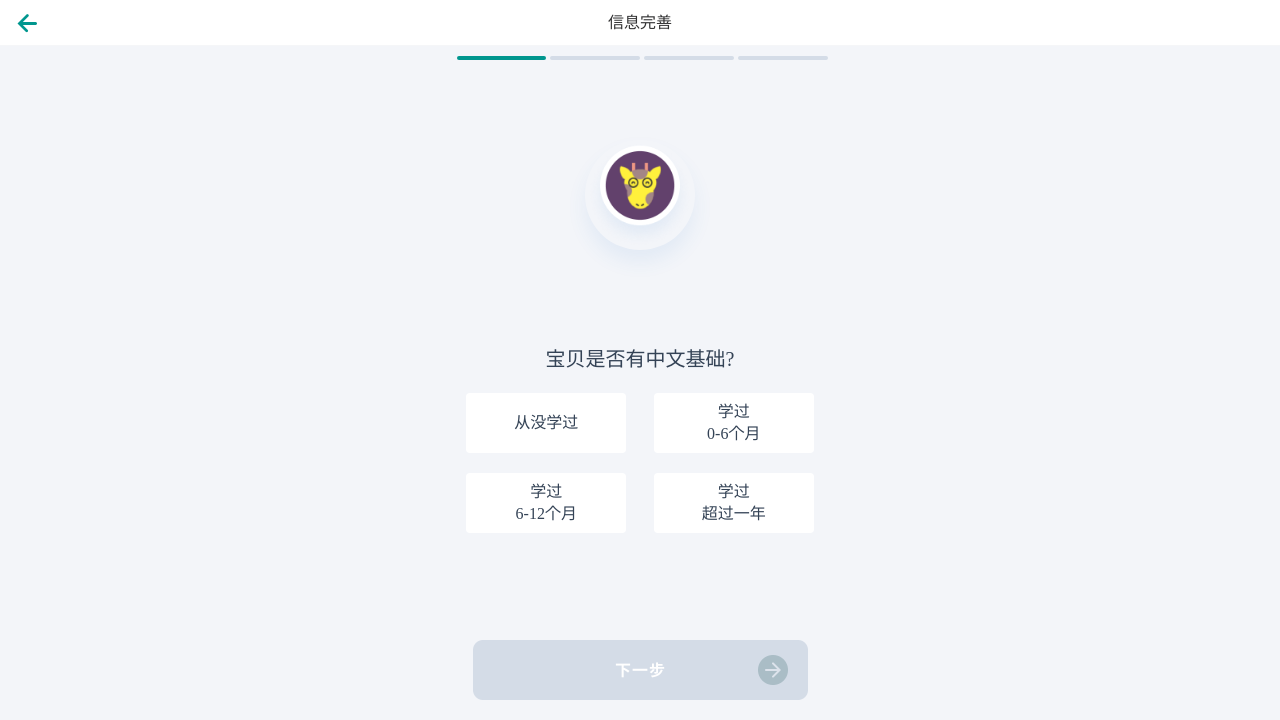
Repository: huangjf1/1
Page: /
The author's editor kept a copy of each file at every save. The page is drawn from the files as they stood at one save, then again after the next save.
The browser window is 1280 px wide. The pictures show the whole page.
The project was rebuilt for these pictures with package versions that can differ from the ones it lists, and the page was loaded fresh each time. Also part of the build but not shown: vue.config.js.

Above is the page before, as saved 2021-08-24 11:36:32.

### src/main.js
import { createApp } from 'vue'
import { NavBar, Swipe, SwipeItem, Picker, Field, Popup } from 'vant';
import App from './App.vue'
import router from './router'
import less from 'less'
import "lib-flexible/flexible.js"
import 'vant/lib/index.css';
const app = createApp(App)
app.use(router)
app.use(less)
app.use(NavBar)
app.use(Swipe)
app.use(Picker)
app.use(Field)
app.use(SwipeItem)
app.use(Popup)
app.mount('#app')

### src/App.vue
<template>
  <div id="app">
    <router-view></router-view>
  </div>
</template>

<script>
export default {
  name: 'App',
}
</script>
<style>
*{
  margin: 0;
  padding: 0;
  font-family: Montserrat,PingFang,Microsoft YaHei;
}
#app {
  width: 100%;
  height: 100%;
  position: absolute;
  left: 0;
  right: 0;
  top: 0;
  bottom: 0;
}
</style>

### src/router/index.js
import { createRouter, createWebHashHistory } from 'vue-router'
const router = createRouter({
  history: createWebHashHistory(),
  routes: [
    {
      path: '/',
      name: '/',
      redirect: '/index'
    },
    {
    path: '/index',
    name: 'index',
    component: () => import('@/views/index.vue'),
    meta: {
      index: 1
    }
  },]
})
export default router

### src/views/index.vue

<template>
  <div class="content">
    <van-nav-bar title="信息完善" left-arrow @click-left="onClickLeft">
      <template #left>
        <img class="backIcon" src="@/assets/image/back.png" alt="">
      </template>
    </van-nav-bar>
    <div class="tabs">
      <div :class="initIndex>=0?'currentTab':''"></div>
      <div :class="initIndex>=1?'currentTab':''"></div>
      <div :class="initIndex>=2?'currentTab':''"></div>
      <div :class="initIndex>=3?'currentTab':''"></div>
      <!-- <div :class="initIndex==4?'currentTab':''"></div> -->
    </div>
    <div class="my-swipe">
      <van-swipe ref="swipe"  indicator-color="transparent" :touchable="false">
        <!-- 是否有中文基础 -->
        <van-swipe-item class="pageFour">
          <div class="select-chines">
            <img class="avatar" src="@/assets/image/avatar.png">
            <p>宝贝是否有中文基础?</p>
            <div class="select-list-box">
              <div @click="selectChines!=0?selectChines=0:selectChines=null" class="select-list" :class="selectChines==0?'current-select-list':''">
                从没学过
              </div>
              <div @click="selectChines!=1?selectChines=1:selectChines=null" class="select-list" :class="selectChines==1?'current-select-list':''">
                <p>学过</p>
                <p>0-6个月</p>
              </div>
              <div @click="selectChines!=2?selectChines=2:selectChines=null" class="select-list" :class="selectChines==2?'current-select-list':''">
                <p>学过</p>
                <p>6-12个月</p>
              </div>
              <div @click="selectChines!=3?selectChines=3:selectChines=null" class="select-list" :class="selectChines==3?'current-select-list':''">
                <p>学过</p>
                <p>超过一年</p>
              </div>
            </div>
          </div>
          <div class="btn" @click="next(1)" v-show="selectChines!=null"></div>
          <div class="btn-gray" v-show="selectChines==null"></div>
        </van-swipe-item>
        <!-- 学习中文的侧重点 -->
        <van-swipe-item class="pageFour">
          <div class="select-chines">
            <img class="avatar" src="@/assets/image/avatar.png">
            <p>宝贝学习中文的侧重点? (可多选)</p>
            <div class="select-list-box">
              <div class="select-list" @click="selectList(item, index)" :class="item.check==true?'current-select-list':''" v-for="(item, index) in list" :key="index">
                {{item.text}}
              </div>
            </div>
          </div>
          <div class="btn" @click="next(2)" v-show="list.some(item => item.check === true)"></div>
          <div class="btn-gray" v-show="!list.some(item => item.check === true)"></div>
        </van-swipe-item>
        <!-- 选择出生年月 -->
        <van-swipe-item class="pageThree">
          <div class="select-age">
            <img class="avatar" src="@/assets/image/avatar.png">
            <p>宝贝哪年出生?</p>
            <van-field
              v-model="result"
              is-link
              readonly
              placeholder="请选择"
              @click="showPicker = true"
              arrow-direction='down'
              input-align='center'
              :border='false'
            />
            <div class="age-desc">我们会根据孩子不同的年龄推荐相应的体验课程</div>

          </div>
          <div class="btn" @click="next(3)" v-show="result"></div>
          <div class="btn-gray" v-show="!result"></div>
        </van-swipe-item>
        <!-- 输入昵称 -->
        <van-swipe-item class="pageOne">
          <div class="pageOneDesc">
            <img class="avatar" src="@/assets/image/avatar.png">
            <div class="nameDesc">点击输入宝贝昵称</div>
            <input @input="changeText" v-model="name" type="text" placeholder="请输入">
            <div class="message" :class="firstShow?'messageColor':''">最多14个英文字符或7个汉字</div>
          </div>
          <div class="btn btn-success" v-show="!firstShow"></div>
          <div class="btn-gray" v-show="firstShow"></div>
        </van-swipe-item>
        <!-- 选择性别 -->
        <!-- <van-swipe-item class="pageTwo">
          <div class="selectSex">
            <div class="man" @click="selectSex!=1?selectSex=1:selectSex=''">
              <img class="manImg" src="@/assets/image/man.png">
              <img class="checkImg" v-show="selectSex==1" src="@/assets/image/checked.png">
            </div>
            <div class="andText">或</div>
            <div class="woman" @click="selectSex!=2?selectSex=2:selectSex=''">
              <img class="womanImg" src="@/assets/image/woman.png">
              <img class="checkImg" v-show="selectSex==2" src="@/assets/image/checked.png">
            </div>
          </div>
          <div class="btn" @click="next(2)" v-show="selectSex!=''"></div>
          <div class="btn-gray" v-show="selectSex==''"></div>
        </van-swipe-item> -->
      </van-swipe>
    </div>
    <van-popup v-model:show="showPicker" round position="bottom">
      <van-picker
        show-toolbar
        :columns="columns"
        @cancel="showPicker = false"
        @confirm="onConfirm"
        confirm-button-text="确定"
        confirm-color='red'
      />
    </van-popup>
  </div>
</template>
<script>
import { ref, onMounted } from 'vue'
export default {
  components: {

  },
  setup () {
    let initIndex = ref(0)
    let name = ref('')
    let selectChines = ref(null)
    let swipe = ref('')
    let firstShow = ref(true)
    let selectSex = ref('')
    let date = new Date()
    let year = date.getFullYear()
    console.log(year)
    const columns = []
    for (var i = 2000;i<=year;i++){
      columns.unshift({
        text: i
      })
    }
    // 侧重点列表
    const list = ref([
      { text: '拼音', check: false },
      { text: '听力', check: false },
      { text: '阅读', check: false },
      { text: '口语', check: false}
    ])
    const result = ref('');
    const showPicker = ref(false);
    const onConfirm = (value) => {
      result.value = value.text;
      showPicker.value = false;
    };
    // 返回
    const onClickLeft = () => {
      if (initIndex.value>0){
        swipe.value.prev()
        initIndex.value -= 1
      }
    }
    const selectList = (item) => {
      item.check = !item.check
    }
    const changeText = () => {
      /*eslint-disable*/
      let len = name.value.replace(/[^\x00-\xFF]/g,'**').length
      if (len<=14 && len>0) {
        firstShow.value = false
      } else {
        firstShow.value = true
      }
    }
    const next = (index) => {
      if (initIndex.value<4){
        swipe.value.next()
        initIndex.value = index
      }
    }
    onMounted (()=>{

    })
    return {
      initIndex,
      swipe,
      firstShow,
      columns,
      result,
      showPicker,
      list,
      selectChines,
      name,
      changeText,
      selectSex,
      onClickLeft,
      onConfirm,
      selectList,
      next
    }
  }
}
</script>
<style scoped lang="less">
 .content {
   width: 100%;
   height: 100%;
   margin: 0 auto;
   display: flex;
   flex-direction: column;
   background: #f3f5f9;
   .backIcon {
     width: 24px;
     height: 24px;
   }
   .my-swipe {
      flex: 1;
      .van-swipe {
       height: 100%;
      }
      .van-swipe-item {
       color: #fff;
       font-size: 20px;
       text-align: center;
      }
      /deep/.van-swipe__indicators {
        display: none;
      }
      .pageOne {
        position: relative;
        display: flex;
        flex-direction: column;
        .pageOneDesc{
          flex: 1;
        }

        .nameDesc {
          text-align: center;
          color: #344356;
          font-size: 16px;
          font-weight: 600;
          font-family: PingFang HK;
          margin-top: 25px;
        }
        input {
          width: 335px;
          height: 16px;
          line-height: 16px;
          background: #FFFFFF;
          padding: 17px 0;
          border-radius: 10px;
          border: none;
          outline: none;
          font-size: 16px;
          text-align: center;
          margin-top: 19px;
          color: #344356;
        }
        .message {
          color: #344356;
          font-size: 14px;
          margin-top: 10px;
          &.messageColor {
            color: #FF7044;
          }
        }

      }
      .pageTwo {
        position: relative;
        display: flex;
        flex-direction: column;
        .selectSex {
          width: 140px;
          height: 340px;
          margin: 100px auto 0;
          flex: 1;
          .man,.woman {
            width: 140px;
            height: 140px;
            background: #FFFFFF;
            position: relative;
            cursor: pointer;
            .manImg{
              width: 56px;
              height: 59px;
              position: absolute;
              left: 0;
              top: 0;
              bottom: 0;
              right: 0;
              margin: auto;
            }
            .womanImg {
              width: 62px;
              height: 58px;
              position: absolute;
              left: 0;
              top: 0;
              bottom: 0;
              right: 0;
              margin: auto;
            }
            .checkImg {
              width: 22px;
              height: 22px;
              position: absolute;
              right: 5px;
              top: 5px;
            }
          }
          .andText {
            height: 60px;
            line-height: 60px;
            color: #344356;
            text-align: center;
            font-size: 16px;
          }
        }
      }
      .pageThree {
        display: flex;
        flex-direction: column;
        .select-age {
          width: 335px;
          flex: 1;
          margin: 0 auto;
          >p{
            color: #344356;
            font-size: 20px;
            margin-top: 90px;
            font-family: PingFang HK;
            font-style: normal;
            font-weight: 500;
            margin-bottom: 25px;
          }
          .age-desc {
            color: #5a6776;
            font-family: PingFang HK;
            font-style: normal;
            font-weight: normal;
            font-size: 14px;
            line-height: 20px;
            margin-top: 20px;
          }
          .van-field {
            border-radius: 5px;
          }
          /deep/ .van-popup--bottom {
            width: 375px;
            left: 0;
            right: 0;
            margin: auto;
            bottom: 0;
          }
          /deep/ .van-picker__toolbar {
            color: gray;
          }
          /deep/ .van-picker__confirm {
            color: #344356
          }
        }
      }
      .pageFour {
        width: 375px;
        margin: 0 auto;
        display: flex;
        flex-direction: column;
        .select-chines {
          flex: 1;
          width: 375px;
          margin: 0 auto;
          >p {
            font-family: PingFang HK;
            font-style: normal;
            font-weight: 500;
            font-size: 20px;
            line-height: 28px;
            color: #344356;
            margin-top: 90px;
          }
          .select-list-box {
            display: flex;
            flex-wrap: wrap;
            justify-content: space-around;
          }
          .select-list {
            width: 160px;
            height: 60px;
            display: flex;
            flex-direction: column;
            align-items: center;
            background: white;
            font-family: PingFang HK;
            font-style: normal;
            font-weight: 500;
            font-size: 16px;
            line-height: 22px;
            display: flex;
            justify-content: center;
            text-align: center;
            color: #344356;
            border-radius: 4px;
            margin-top: 20px;
            &.current-select-list {
              background: #088384;
              color: white;
            }
          }
        }
      }
      .avatar {
        width: 110px;
        height: 110px;
        border-radius: 50%;
        box-shadow: 0px 12px 19px rgba(60, 128, 209, 0.0851449);
        margin-top: 80px;
      }
      .btn {
        width: 335px;
        height: 60px;
        background: url('../assets/image/button.png') no-repeat;
        background-size: 100% 100%;
        cursor: pointer;
        margin: 0 auto 20px;
      }
      .btn-success {
        background: url('../assets/image/success.png') no-repeat;
        background-size: 100% 100%;
      }
      .btn-gray {
        width: 335px;
        height: 60px;
        background: url('../assets/image/button_gray.png') no-repeat;
        background-size: 100% 100%;
        cursor: pointer;
        margin: 0 auto 20px;
      }
   }
   .tabs {
     width: 375px;
     height: 4px;
     display: flex;
     justify-content: space-around;
     margin: 10px auto 0;
     div{
       height: 4px;
       flex: 1;
       background: #D4DCE7;
       border-radius: 26px;
       margin-left: 4px;
     }
     .currentTab {
       background: #00968E;
     }
   }
 }

</style>

Loaded but not shown: public/index.html (common file)

After the next save:
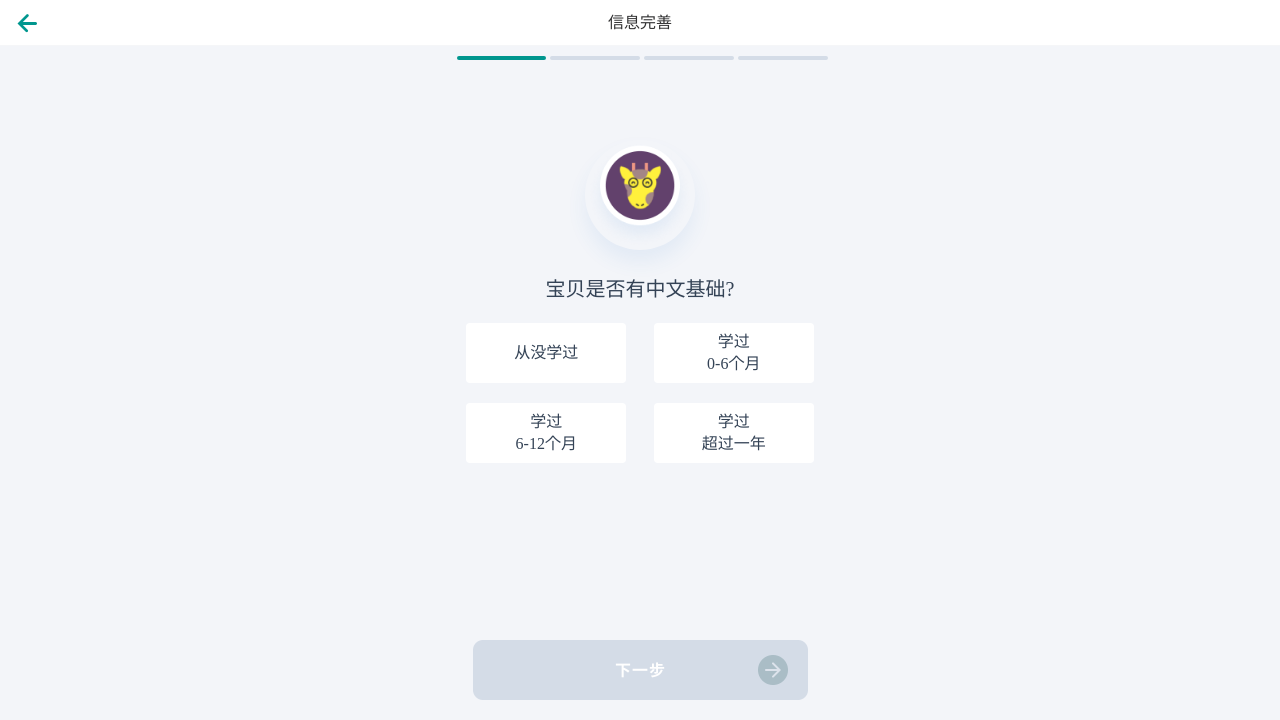
Saved 34 s later.
--- a/src/views/index.vue
+++ b/src/views/index.vue
@@ -376,7 +376,7 @@ export default {
             font-size: 20px;
             line-height: 28px;
             color: #344356;
-            margin-top: 90px;
+            margin-top: 20px;
           }
           .select-list-box {
             display: flex;
